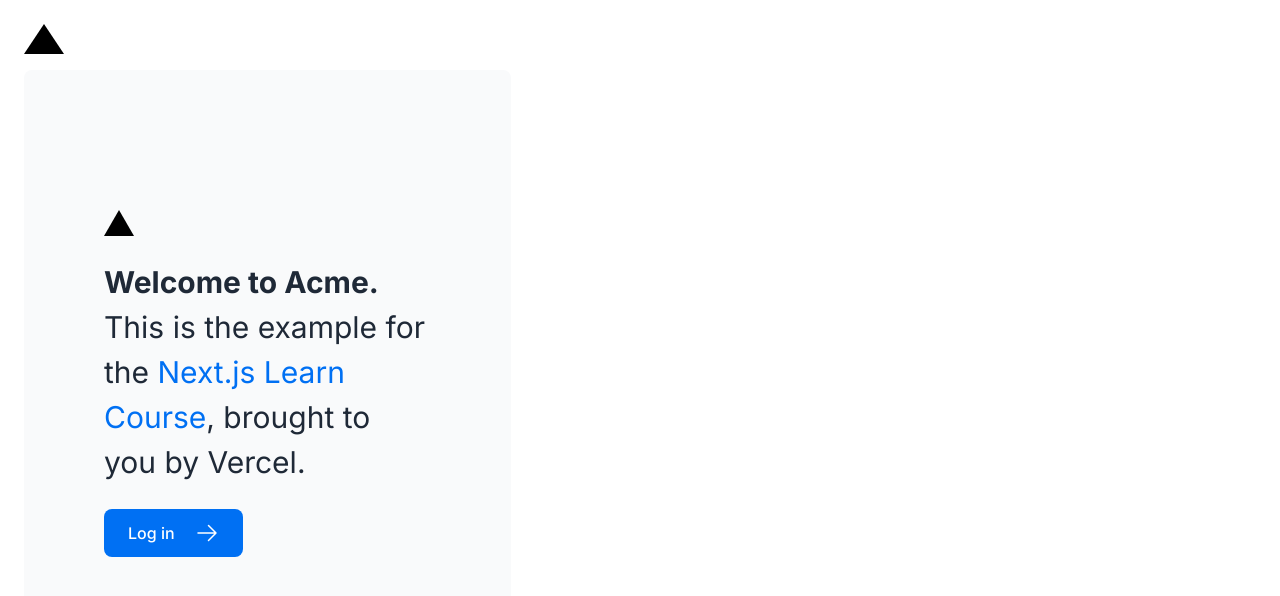
Repository: xnxnxnxn/nextjs-dashboard
Page: /
These files come from the project's save history. The page is drawn as it stood at one moment and after the next save; the edit follows.
The browser window is 1280 px wide. The pictures show the whole page.
Some web fonts or font styles are not loaded; a fallback is used. The project was rebuilt for these pictures with package versions that can differ from the ones it lists, and the page was loaded fresh each time. The framework's server and built-in components were replaced by stand-ins that run in the browser. Also part of the build but not shown: next.config.mjs.

Above is the page before, as saved 2024-08-14 16:22:51.

### app/layout.tsx
import "@/app/ui/global.css";
import { inter } from "@/app/ui/fonts";

export default function RootLayout({ children }: { children: React.ReactNode }) {
  return (
    <html lang="en">
      <body className={`${inter.className} antialiased`}>{children}</body>
    </html>
  );
}

### app/page.tsx
import AcmeLogo from "@/app/ui/acme-logo";
import { ArrowRightIcon } from "@heroicons/react/24/outline";
import Link from "next/link";
import styles from "@/app/ui/home.module.css";
import { lusitana } from "@/app/ui/fonts";

export default function Page() {
  return (
    <main className="flex min-h-screen flex-col p-6">
      {/* <div className="flex h-20 shrink-0 items-end rounded-lg bg-blue-500 p-4 md:h-52"><AcmeLogo /></div> */}
      <div className={styles.shape}>{/* <AcmeLogo /> */}</div>
      <div className="mt-4 flex grow flex-col gap-4 md:flex-row">
        <div className="flex flex-col justify-center gap-6 rounded-lg bg-gray-50 px-6 py-10 md:w-2/5 md:px-20">
          <div className="relative w-0 h-0 border-l-[15px] border-r-[15px] border-b-[26px] border-l-transparent border-r-transparent border-b-black" />
          <p className={`text-xl text-gray-800 md:text-3xl md:leading-normal`}>
            <strong>Welcome to Acme.</strong> This is the example for the{" "}
            <a href="https://nextjs.org/learn/" className="text-blue-500">
              Next.js Learn Course
            </a>
            , brought to you by Vercel.
          </p>
          <Link href="/login" className="flex items-center gap-5 self-start rounded-lg bg-blue-500 px-6 py-3 text-sm font-medium text-white transition-colors hover:bg-blue-400 md:text-base">
            <span>Log in</span> <ArrowRightIcon className="w-5 md:w-6" />
          </Link>
        </div>
        <div className="flex items-center justify-center p-6 md:w-3/5 md:px-28 md:py-12">{/* Add Hero Images Here */}</div>
      </div>
    </main>
  );
}

### app/ui/fonts.ts
import { Inter, Lusitana } from "next/font/google";
export const inter = Inter({ subsets: ["latin"] });
export const lusitana = Lusitana({ weight: "700" });

Loaded but not shown: app/ui/global.css (common file); app/ui/home.module.css (common file); tailwind.config.ts (common file)

After the next save:
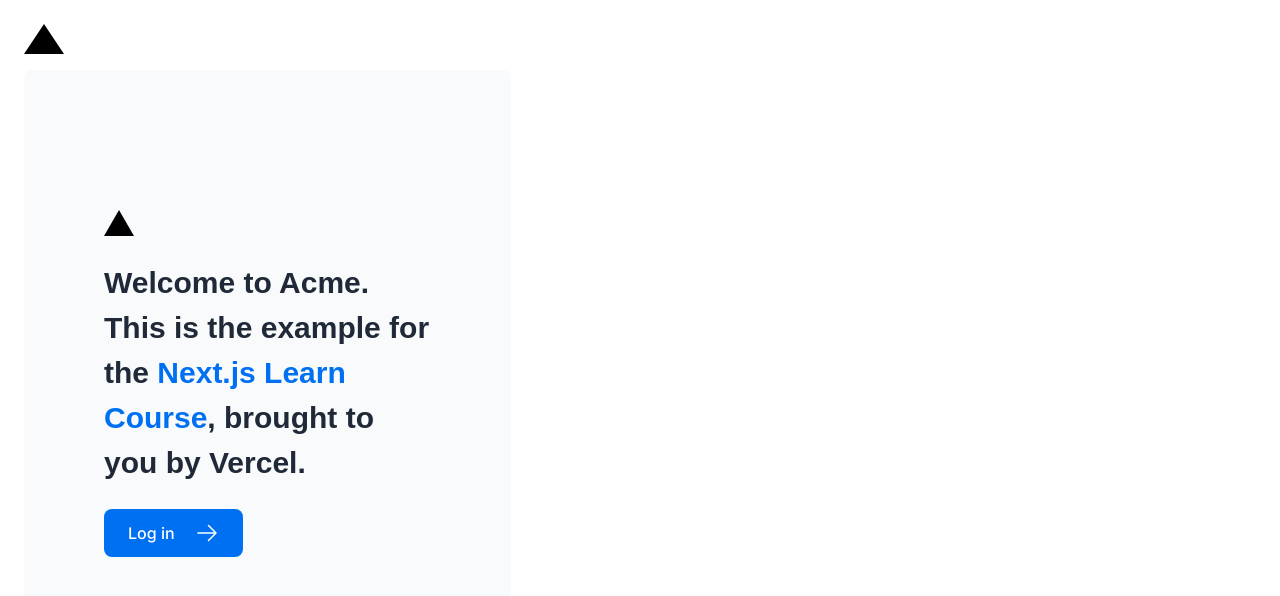
Saved 37 s later.
--- a/app/page.tsx
+++ b/app/page.tsx
@@ -12,7 +12,7 @@
       <div className="mt-4 flex grow flex-col gap-4 md:flex-row">
         <div className="flex flex-col justify-center gap-6 rounded-lg bg-gray-50 px-6 py-10 md:w-2/5 md:px-20">
           <div className="relative w-0 h-0 border-l-[15px] border-r-[15px] border-b-[26px] border-l-transparent border-r-transparent border-b-black" />
-          <p className={`text-xl text-gray-800 md:text-3xl md:leading-normal`}>
+          <p className={`${lusitana.className} antialiased text-xl text-gray-800 md:text-3xl md:leading-normal`}>
             <strong>Welcome to Acme.</strong> This is the example for the{" "}
             <a href="https://nextjs.org/learn/" className="text-blue-500">
               Next.js Learn Course

After the 2 saves that followed:
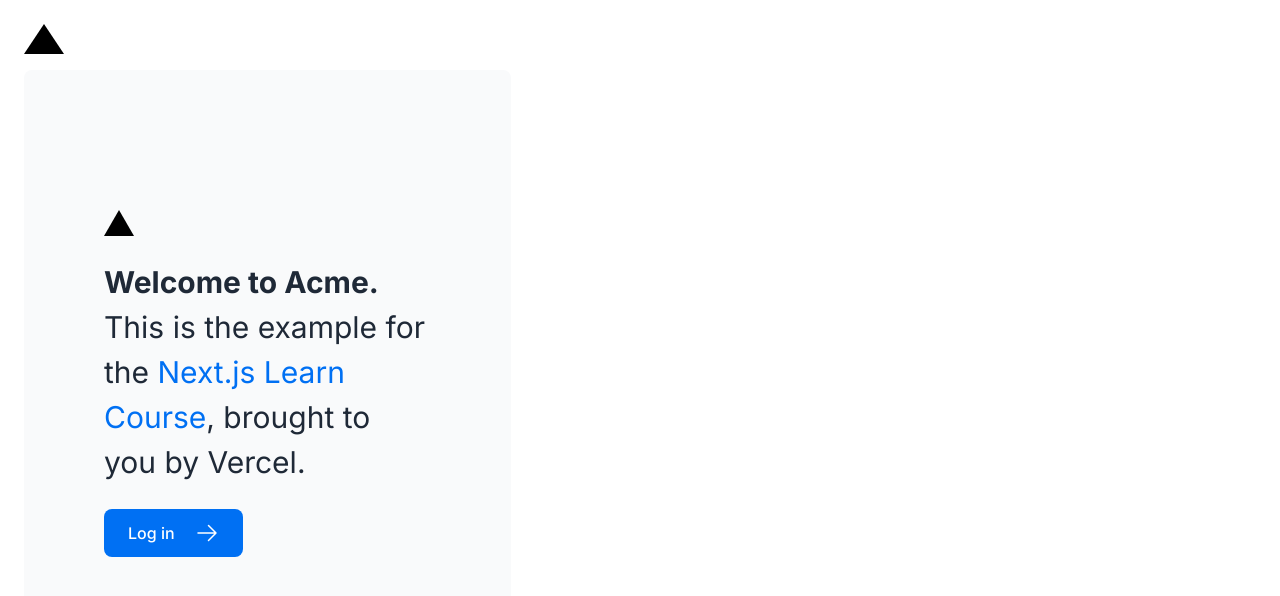
The 2 saves are shown as one change because 1 left the picture as it was.
The last was saved 33 s later.
--- a/app/page.tsx
+++ b/app/page.tsx
@@ -12,7 +12,7 @@
       <div className="mt-4 flex grow flex-col gap-4 md:flex-row">
         <div className="flex flex-col justify-center gap-6 rounded-lg bg-gray-50 px-6 py-10 md:w-2/5 md:px-20">
           <div className="relative w-0 h-0 border-l-[15px] border-r-[15px] border-b-[26px] border-l-transparent border-r-transparent border-b-black" />
-          <p className={`${lusitana.className} antialiased text-xl text-gray-800 md:text-3xl md:leading-normal`}>
+          <p className={`text-xl text-gray-800 md:text-3xl md:leading-normal`}>
             <strong>Welcome to Acme.</strong> This is the example for the{" "}
             <a href="https://nextjs.org/learn/" className="text-blue-500">
               Next.js Learn Course
--- a/app/ui/fonts.ts
+++ b/app/ui/fonts.ts
@@ -1,3 +1,3 @@
 import { Inter, Lusitana } from "next/font/google";
 export const inter = Inter({ subsets: ["latin"] });
-export const lusitana = Lusitana({ weight: "700" });
+export const lusitana = Lusitana({ weight: "700", subsets: ["latin"] });
